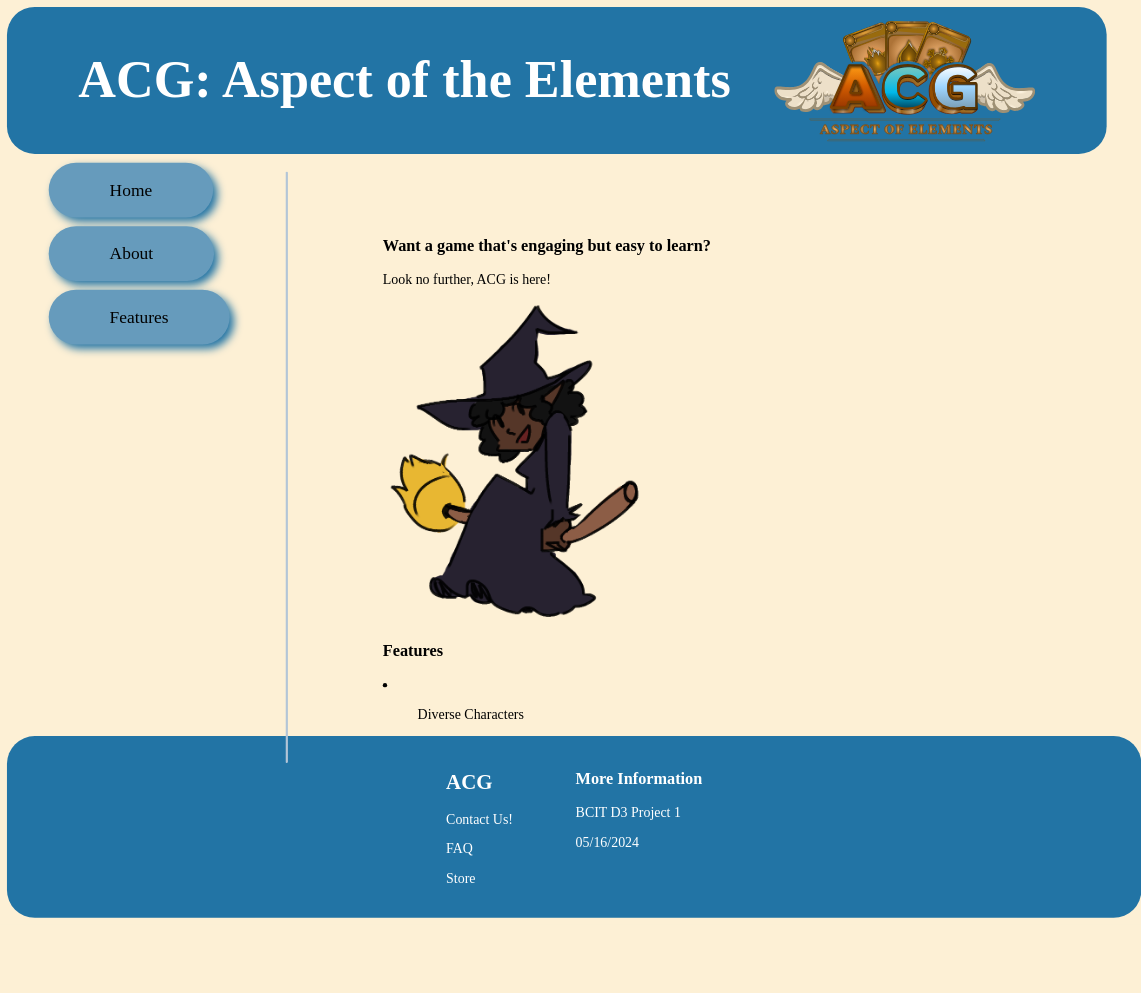
Repository: Delukalgh/ACG
Page: Features.html
These files come from the project's save history. The page is drawn as it stood at one moment and after the next save; the edit follows.
The browser window is 1280 px wide. The page is 1312 px wide, so the pictures cover 1312 px, including what lies to the right of the window. The pictures show the whole page, at 87% of full size.

Above is the page before, as saved 2024-05-15 15:36:03.

After the next save:
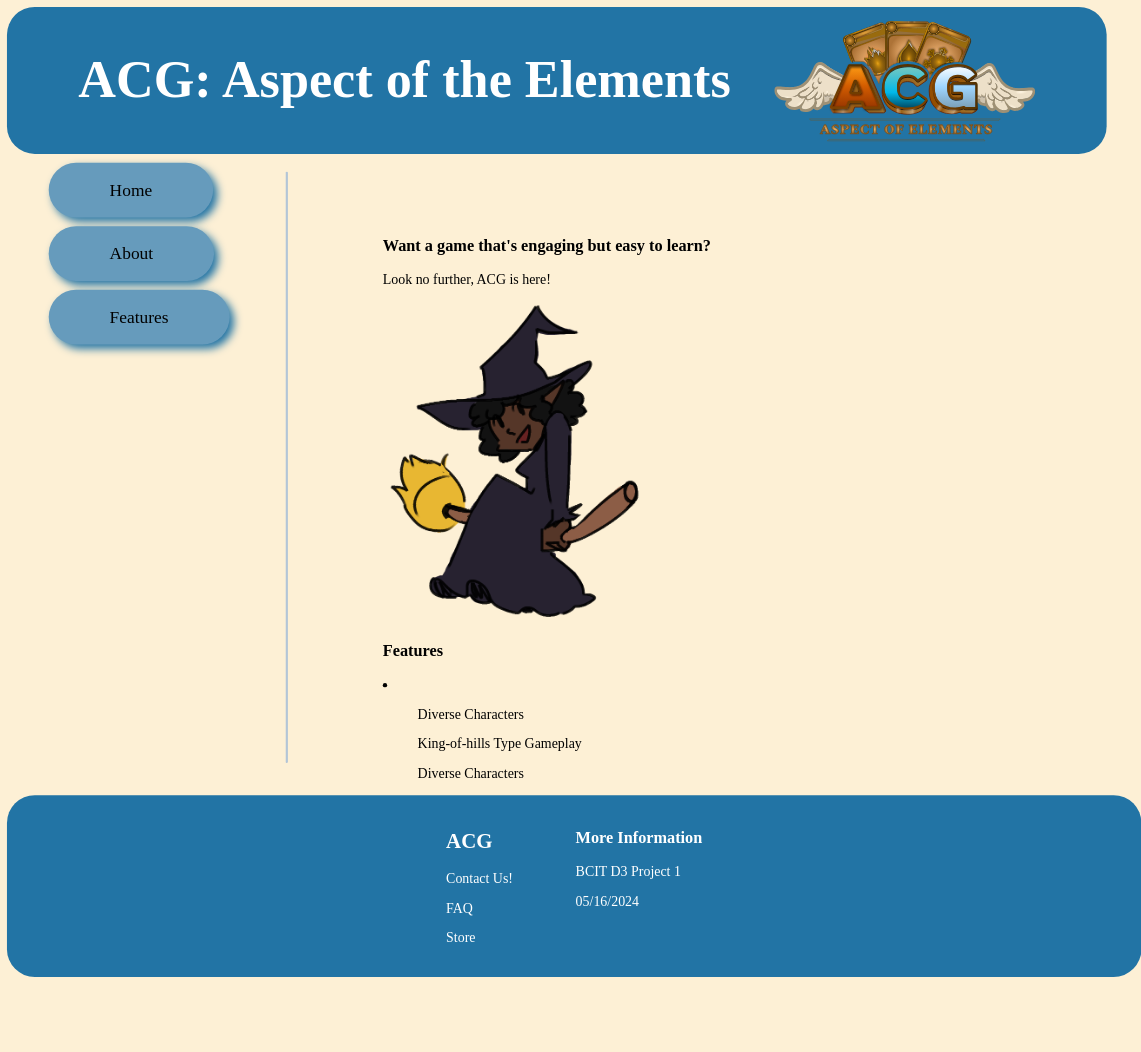
Saved 32 s later.
--- a/Features.html
+++ b/Features.html
@@ -48,6 +48,8 @@
         <h3>Features</h3>
         <li>
           <ul>Diverse Characters</ul>
+          <ul>King-of-hills Type Gameplay</ul>
+          <ul>Diverse Characters</ul>
         </li>
       </div>
     </div>
